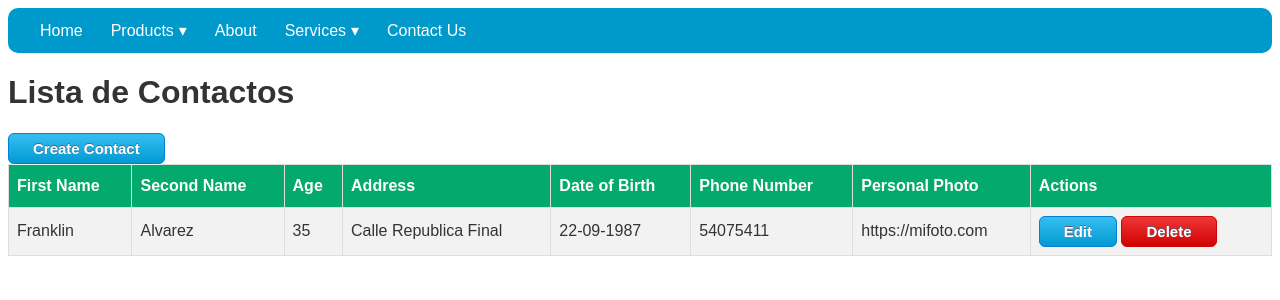
Repository: fgala1619/frontSistGestionBank
Page: index.html
These files come from the project's save history. The page is drawn as it stood at one moment and after the next save; the edit follows.
The browser window is 1280 px wide. The pictures show the whole page.

Above is the page before, as saved 2023-07-26 20:01:00.

After the next save:
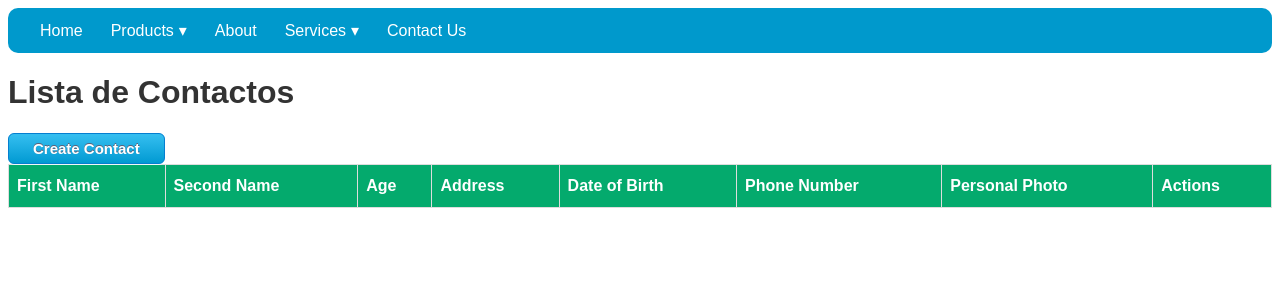
Saved 17 s later.
--- a/index.html
+++ b/index.html
@@ -45,19 +45,7 @@
         <th>Actions</th>
     </tr>
 
-    <tr>
-        <td>Franklin</td>
-        <td>Alvarez</td>
-        <td>35</td>
-        <td>Calle Republica Final</td>
-        <td>22-09-1987</td>
-        <td>54075411</td>
-        <td>https://mifoto.com</td>
-        <td>
-            <a href="#" class="myButton">Edit</a>
-            <a href="#" class="btnDelete">Delete</a>
-        </td>
-    </tr>
+
 
 
 </table>
